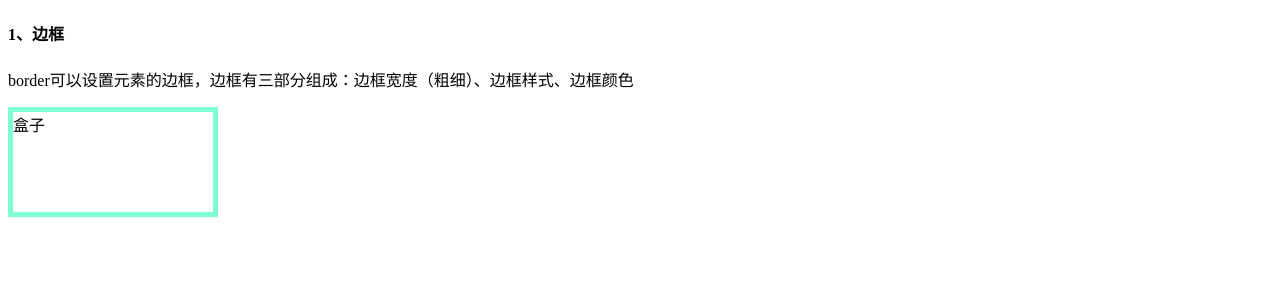
Repository: zhengdeya/web-based
Page: 27-盒子模型.html
An editor plug-in stored every save of this project. The page is shown before and after the next save, followed by the edit.
The browser window is 1280 px wide. The pictures show the whole page.

Above is the page before, as saved 2021-04-09 15:34:34.

After the next save:
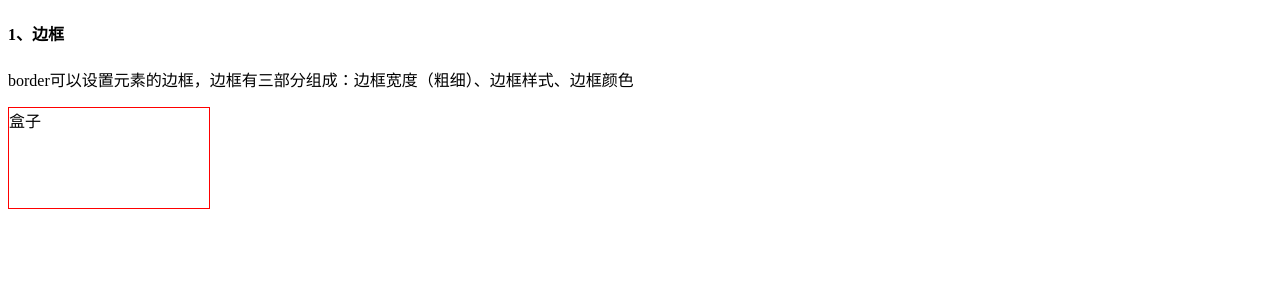
Saved 101 s later.
--- a/27-盒子模型.html
+++ b/27-盒子模型.html
@@ -13,10 +13,16 @@
 
             /* 边框粗细 一般用 px 做单位*/
             border-width: 5px;
+
             /* 实线边框 dashed 为虚线 */
             border-style: solid;
             /* border-style: dashed; */
+
+            /* 边框颜色 */
             border-color: aquamarine;
+
+            /* 复合写法，没有顺序 */
+            border: 1px solid red;
 
         }
     </style>

After the save that followed:
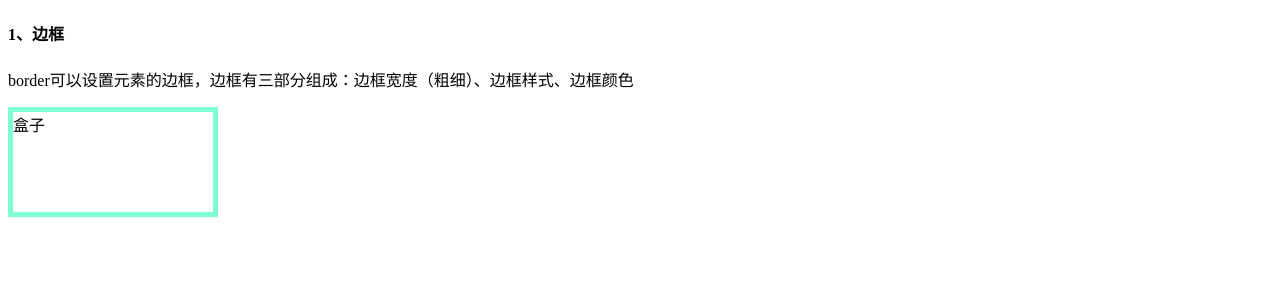
Saved 16 s later.
--- a/27-盒子模型.html
+++ b/27-盒子模型.html
@@ -22,7 +22,7 @@
             border-color: aquamarine;
 
             /* 复合写法，没有顺序 */
-            border: 1px solid red;
+            /* border: 1px solid red; */
 
         }
     </style>
